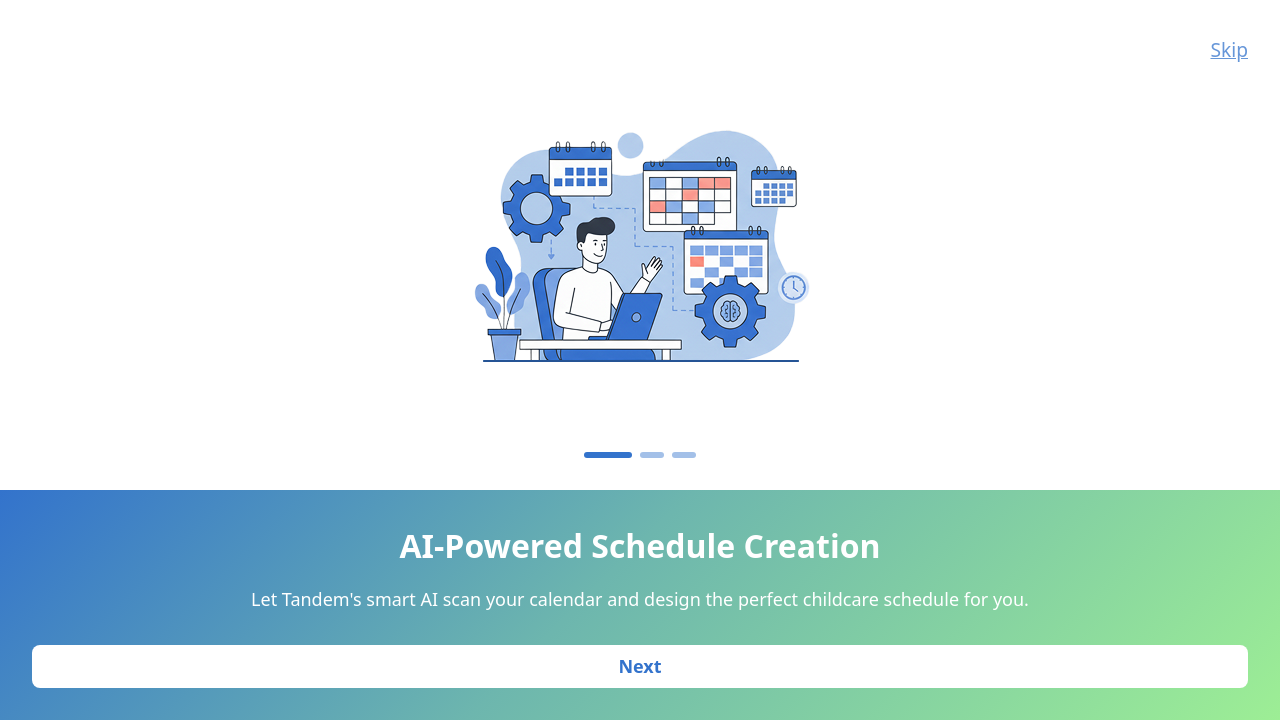
Repository: IDSP-TRADECARE/Tandem
Page: /boarding/features
These files come from the project's save history. The page is drawn as it stood at one moment and after the next save; the edit follows.
The browser window is 1280 px wide. The pictures show the whole page.
The page's requests for data from a server got no answer. Some web fonts or font styles are not loaded; a fallback is used. The project was rebuilt for these pictures with package versions that can differ from the ones it lists, and the page was loaded fresh each time. Some packages were replaced by stand-ins written for this rebuild. The framework's server and built-in components were replaced by stand-ins that run in the browser. No one was signed in, and anything a server would have sent is missing. Also part of the build but not shown: next.config.ts, src/app/components/auth/AuthGuard.tsx.

Above is the page before, as saved 2025-11-23 00:16:43.

### src/app/layout.tsx
/* eslint-disable @next/next/no-page-custom-font */
import { ClerkProvider } from '@clerk/nextjs'
import { SocketProvider } from '@/lib/socket/SocketContext'
import './globals.css'
import type { Metadata } from "next";
import { AuthWrapper } from './components/auth/AuthWrapper';


export const metadata: Metadata = {
  title: "Tandem",
  description: "Share childcare with your community",
  icons: {
    icon: 'brand/logoColor.svg',
  },
};

export default function RootLayout({
  children,
}: Readonly<{
  children: React.ReactNode;
}>) {
  return (
    <ClerkProvider>
      <html lang="en">
        <head>
          {/* Omnes Pro from Adobe Fonts */}
          <link rel="stylesheet" href="https://use.typekit.net/pku8yek.css" />

          {/* Alan Sans from Google Fonts */}
          <link rel="preconnect" href="https://fonts.googleapis.com" />
          <link rel="preconnect" href="https://fonts.gstatic.com" crossOrigin="anonymous" />
          <link href="https://fonts.googleapis.com/css2?family=Alan+Sans:wght@300..900&display=swap" rel="stylesheet" />
        </head>
        <body className="antialiased">
          <SocketProvider>
            <AuthWrapper>
              {children}
            </AuthWrapper>
          </SocketProvider>
        </body>
      </html>
    </ClerkProvider>
  )
}

### src/app/boarding/features/page.tsx
"use client";
import { useState } from "react";
import { useRouter } from "next/navigation";
import styles from "./features.module.css";

const features = [
    {
        id: 1,
        title: "AI-Powered Schedule Creation",
        description:
            "Let Tandem's smart AI scan your calendar and design the perfect childcare schedule for you.",
        imgSrc: "/boarding/Graphic-ai-powered-feature1.png",
    },
    {
        id: 2,
        title: "Seamless Nanny Booking",
        description:
            "Effortlessly discover and book reliable nannies tailored to your family's needs.",
        imgSrc: "/boarding/Seamless-nanny-booking-feature2.png",
    },
    {
        id: 3,
        title: "Intelligent Nanny Sharing",
        description:
            "Team up with nearby families to share trusted nannies, cutting costs while building lasting connections.",
        imgSrc: "/boarding/Intelligent-nanny-sharing-feature3.png",
    },
];

export default function FeaturesPage() {
    const [currentIndex, setCurrentIndex] = useState(0);
    const router = useRouter();

    const handleNext = () => {
        if (currentIndex < features.length - 1) {
            setCurrentIndex(currentIndex + 1);
        } else {
            router.push("./sign-up");
        }
    };

    const handleSkip = () => {
        router.push("./sign-up");
    };

    const handlePrevious = () => {
        if (currentIndex > 0) {
            setCurrentIndex(currentIndex - 1);
        }
    };

    const currentFeature = features[currentIndex];
    const showPrevious = currentIndex > 0;

    return (
        <div className={styles.container}>
            <button
                className={styles.skipButton}
                onClick={handleSkip}
            >
                Skip
            </button>

            <div className={styles.imageSection}>
                <div className={styles.imageContainer}>
                    <img
                        src={currentFeature.imgSrc}
                        alt={`Feature ${currentFeature.id}`}
                    />
                </div>
                <div className={styles.progressDots}>
                    {features.map((_, index) => (
                        <div
                            key={index}
                            className={`${styles.dot} ${
                                index === currentIndex ? styles.active : ""
                            }`}
                        />
                    ))}
                </div>
            </div>

            <div className={styles.contentButtons}>
                <div className={styles.content}>
                    <h1 className={styles.title}>{currentFeature.title}</h1>
                    <p className={styles.description}>
                        {currentFeature.description}
                    </p>
                </div>
                <div className={styles.navigationButtons}>
                    {showPrevious && (
                        <button
                            className={styles.previousButton}
                            onClick={handlePrevious}
                        >
                            Previous
                        </button>
                    )}
                    <button
                        className={styles.nextButton}
                        onClick={handleNext}
                    >
                        Next
                    </button>
                </div>
            </div>
        </div>
    );
}

### src/lib/socket/SocketContext.tsx
'use client';

import { createContext, useContext, useEffect, useState } from 'react';
import { io, Socket } from 'socket.io-client';
import { ClientToServerEvents, ServerToClientEvents } from './types';

type TypedSocket = Socket<ServerToClientEvents, ClientToServerEvents>;

interface SocketContextType {
  socket: TypedSocket | null;
  isConnected: boolean;
}

const SocketContext = createContext<SocketContextType>({
  socket: null,
  isConnected: false,
});

export function SocketProvider({ children }: { children: React.ReactNode }) {
  const [socket, setSocket] = useState<TypedSocket | null>(null);
  const [isConnected, setIsConnected] = useState(false);

  useEffect(() => {
    const socketUrl = process.env.NEXT_PUBLIC_SOCKET_URL || 'http://localhost:3001';

    console.log('Connecting to Socket.IO server:', socketUrl);

    const socketInstance: TypedSocket = io(socketUrl, {
      transports: ['websocket', 'polling'],
    });

    socketInstance.on('connect', () => {
      console.log('✅ Socket connected:', socketInstance.id);
      setIsConnected(true);
    });

    socketInstance.on('disconnect', () => {
      console.log('❌ Socket disconnected');
      setIsConnected(false);
    });

    socketInstance.on('connect_error', (error) => {
      console.error('Socket connection error:', error);
      setIsConnected(false);
    });

    setSocket(socketInstance);

    return () => {
      socketInstance.disconnect();
    };
  }, []);

  return (
    <SocketContext.Provider value={{ socket, isConnected }}>
      {children}
    </SocketContext.Provider>
  );
}

export const useSocket = () => useContext(SocketContext);

### src/app/globals.css
@import "tailwindcss";

@theme {
  /* Font families */
  --font-family-alan: "Alan Sans", sans-serif;
  --font-family-omnes: "omnes-pro", sans-serif;

  /* Primary Colors */
  --color-primary: #3373cc;
  --color-primary-lighter: #a3c0e8;
  --color-primary-light: #91b3e3;
  --color-primary-light-hover: #91b3e3;
  --color-primary-light-active: #7aa4de;
  --color-primary-hover: #2b62ad;
  --color-primary-active: #255495;
  --color-primary-dark: #122847;
  --color-primary-dark-hover: #0d1d33;
  --color-primary-dark-active: #060d16;

  /* Secondary Colors */
  --color-secondary: #92f189;
  --color-secondary-lighter: #cef9ca;
  --color-secondary-light: #c4f7bf;
  --color-secondary-light-hover: #c4f7bf;
  --color-secondary-light-active: #b8f6b2;
  --color-secondary-hover: #7ccd74;
  --color-secondary-active: #6bb064;
  --color-secondary-dark: #335430;
  --color-secondary-dark-hover: #253c22;
  --color-secondary-dark-active: #101b0f;

  /* Analogous Colors */
  --color-analogous: #68d5ff;
  --color-analogous-lighter: #bbecff;
  --color-analogous-light: #ade8ff;
  --color-analogous-light-hover: #ade8ff;
  --color-analogous-light-active: #9de4ff;
  --color-analogous-hover: #58b5d9;
  --color-analogous-active: #4c9bba;
  --color-analogous-dark: #244b59;
  --color-analogous-dark-hover: #1a3540;
  --color-analogous-dark-active: #0b171c;

  /* Success */
  --color-success: #95b548;

  /* Warning */
  --color-warning: #d78f26;

  /* Error */
  --color-error: #c43535;

  /* Neutral Colors */
  --color-neutral-50: #e6e6e8;
  --color-neutral-100: #b0b0b8;
  --color-neutral-200: #8a8a96;
  --color-neutral-300: #545466;
  --color-neutral-400: #333349;
  --color-neutral-500: #00001b;
  --color-neutral-600: #000019;
  --color-neutral-700: #000013;
  --color-neutral-800: #00000f;
  --color-neutral-900: #00000b;
}

@layer base {
  :root {
    /* Semantic mappings for shadcn */
    --background: 0 0% 100%;
    --foreground: var(--color-neutral-500);
    --card: 0 0% 100%;
    --card-foreground: var(--color-neutral-500);
    --popover: 0 0% 100%;
    --popover-foreground: var(--color-neutral-500);
    --primary-foreground: 0 0% 98%;
    --secondary-foreground: var(--color-neutral-500);
    --muted: var(--color-neutral-50);
    --muted-foreground: var(--color-neutral-300);
    --accent: var(--color-analogous-light);
    --accent-foreground: var(--color-neutral-500);
    --destructive: var(--color-error);
    --destructive-foreground: 0 0% 98%;
    --border: var(--color-neutral-100);
    --input: var(--color-neutral-100);
    --ring: var(--color-primary);
    --radius: 0.5rem;
    --gradient-primary: linear-gradient(135deg, #3373CC 0%, #6DB6AE 46%, #9DEE95 100%);
  }

  .dark {
    --background: var(--color-neutral-500);
    --foreground: 0 0% 98%;
    --card: var(--color-neutral-400);
    --card-foreground: 0 0% 98%;
    --popover: var(--color-neutral-400);
    --popover-foreground: 0 0% 98%;
    --primary-foreground: var(--color-neutral-500);
    --secondary-foreground: 0 0% 98%;
    --muted: var(--color-neutral-300);
    --muted-foreground: var(--color-neutral-100);
    --accent: var(--color-analogous-dark);
    --accent-foreground: 0 0% 98%;
    --destructive-foreground: 0 0% 98%;
    --border: var(--color-neutral-300);
    --input: var(--color-neutral-300);
    --ring: var(--color-primary-light);
    --gradient-primary: linear-gradient(135deg, #3373CC 0%, #6DB6AE 46%, #9DEE95 100%);
  }

  /* Font utilities */
  .font-alan {
    font-family: var(--font-family-alan);
    font-optical-sizing: auto;
  }

  .font-omnes {
    font-family: var(--font-family-omnes);
  }
}

/* FullCalendar Custom Styles */
.fullcalendar-container {
  font-family: inherit;
}

.fc {
  font-size: 14px;
}

.fc .fc-toolbar-title {
  font-size: 1.5rem;
  font-weight: 700;
  color: var(--color-primary);
}

.fc .fc-button {
  background-color: var(--color-primary);
  border-color: var(--color-primary);
  color: white;
  border-radius: 8px;
  padding: 6px 12px;
  font-weight: 600;
}

.fc .fc-button:hover {
  background-color: var(--color-primary-hover);
  border-color: var(--color-primary-hover);
}

.fc .fc-button-active {
  background-color: var(--color-primary-dark);
  border-color: var(--color-primary-dark);
}

.fc .fc-col-header-cell {
  background-color: var(--color-neutral-50);
  padding: 12px;
  font-weight: 600;
  color: var(--color-primary);
}

.fc .fc-daygrid-day-number {
  font-weight: 600;
  color: var(--color-primary);
  padding: 8px;
}

.fc .fc-daygrid-day.fc-day-today {
  background-color: var(--color-primary-lighter) !important;
}

.fc .fc-event {
  border-radius: 6px;
  padding: 4px 6px;
  font-size: 12px;
  font-weight: 600;
  cursor: pointer;
}

.fc .fc-timegrid-event {
  border-radius: 6px;
  padding: 4px;
}

.fc .fc-timegrid-slot {
  height: 3em;
}

.fc .fc-scrollgrid {
  border-color: var(--neutral-100) !important;
}

@layer utilities {
  .bg-gradient-primary {
    background: var(--gradient-primary);
  }
}

### src/app/components/auth/AuthWrapper.tsx
'use client';

import { usePathname } from 'next/navigation';
import { AuthGuard } from './AuthGuard';

export function AuthWrapper({ children }: { children: React.ReactNode }) {
  const pathname = usePathname();

  // Routes that don't require authentication
  const publicRoutes = ['/boarding/features', '/sign-in', '/sign-up'];
  const isPublicRoute = pathname === '/' || publicRoutes.some(route => pathname?.startsWith(route));

  if (isPublicRoute) {
    return <>{children}</>;
  }

  return <AuthGuard>{children}</AuthGuard>;
}

### src/app/boarding/features/features.module.css
.container {
    min-height: 100vh;
    display: flex;
    flex-direction: column;
    background: #fff;
}

.skipButton {
    position: absolute;
    top: 1.75rem;
    right: 1rem;
    background: none;
    border: none;
    color: var(--color-primary);
    font-size: 1.2rem;
    cursor: pointer;
    z-index: 10;
    padding: 0.5rem 1rem;
    text-decoration: underline;
    opacity: 0.75;
}

.imageSection {
    flex: 1;
    display: flex;
    flex-direction: column;
    align-items: center;
    justify-content: center;
    background: #fff;
    padding: 1rem 0;
    position: relative;
}

.imageContainer {
    flex: 1;
    display: flex;
    align-items: center;
    justify-content: center;
    width: 100%;
}

.imageContainer img {
    max-width: 100%;
    height: auto;
    object-fit: contain;
}

.progressDots {
    display: flex;
    gap: 0.5rem;
    justify-content: center;
    padding: 1rem 0;
}

.dot {
    width: 1.5rem;
    height: 0.375rem;
    border-radius: 0.25rem;
    background-color: var(--color-primary-lighter);
    transition: all 0.5s;
}

.dot.active {
    background: var(--color-primary);
    width: 3rem;
}

.contentButtons {
    background: var(--gradient-primary);
    padding: 2rem;
    width: 100%;
    display: flex;
    flex-direction: column;
    gap: 2rem;
}

.content {
    display: flex;
    flex-direction: column;
    align-items: center;
    text-align: center;
}

.title {
    font-size: 2rem;
    font-weight: bold;
    color: #fff;
    margin-bottom: 1rem;
}

.description {
    font-size: 1.125rem;
    color: #fff;
    margin-bottom: 0;
}

.navigationButtons {
    display: flex;
    gap: 1rem;
    width: 100%;
}

.previousButton {
    flex: 1;
    padding: 0.5rem;
    background: rgba(255, 255, 255, 0.2);
    color: #fff;
    border: 1px solid #fff;
    border-radius: 0.5rem;
    font-size: 1.125rem;
    font-weight: bold;
    cursor: pointer;
    transition: all 0.3s;
}

.previousButton:hover {
    background: rgba(255, 255, 255, 0.3);
}

.previousButton:active {
    opacity: 0.8;
}

.nextButton {
    flex: 1;
    padding: 0.5rem;
    background: #fff;
    color: var(--color-primary);
    border: none;
    border-radius: 0.5rem;
    font-size: 1.125rem;
    font-weight: bold;
    cursor: pointer;
    transition: opacity 0.3s;
}

.nextButton:hover {
    opacity: 0.9;
}

.nextButton:active {
    opacity: 0.8;
}

After the next save:
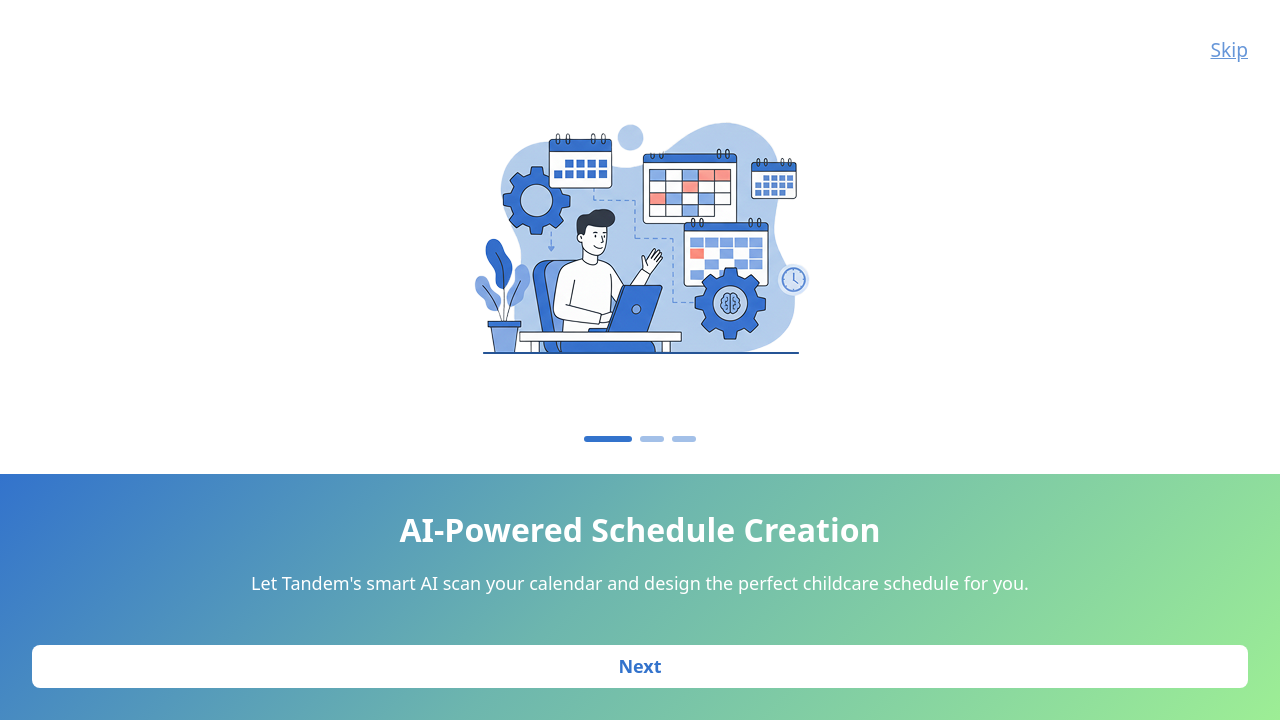
Saved 89 s later.
--- a/src/app/boarding/features/features.module.css
+++ b/src/app/boarding/features/features.module.css
@@ -71,7 +71,7 @@
     width: 100%;
     display: flex;
     flex-direction: column;
-    gap: 2rem;
+    gap: 3rem;
 }
 
 .content {
